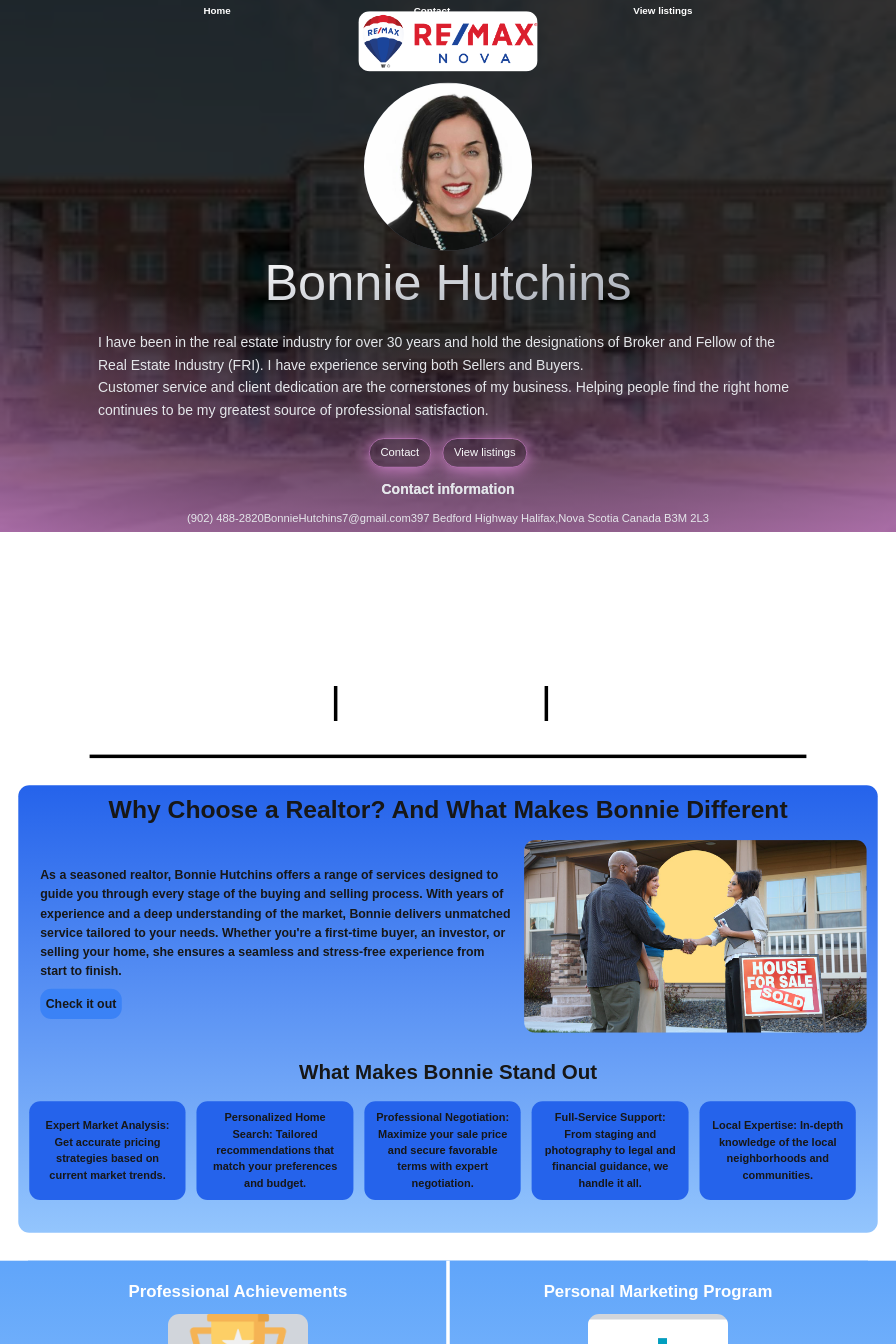
Repository: TMuse333/bonnie-website-
Page: / (app in frontend/)
These files come from the project's save history. The page is drawn as it stood at one moment and after the next save; the edit follows.
The browser window is 1280 px wide. The pictures show the part of the page from y = 0 to 1920 px (the page is 6831 px tall), at 70% of full size.
The project was rebuilt for these pictures with package versions that can differ from the ones it lists, and the page was loaded fresh each time. The framework's server and built-in components were replaced by stand-ins that run in the browser. Also part of the build but not shown: frontend/next.config.mjs.

Above is the page before, as saved 2024-11-30 15:16:02.

### frontend/src/app/layout.tsx
import { ContextProvider } from "@/context/context";
import type { Metadata } from "next";
import localFont from "next/font/local";
import "./globals.css";

const geistSans = localFont({
  src: "./fonts/GeistVF.woff",
  variable: "--font-geist-sans",
  weight: "100 900",
});
const geistMono = localFont({
  src: "./fonts/GeistMonoVF.woff",
  variable: "--font-geist-mono",
  weight: "100 900",
});

export const metadata: Metadata = {
  title: "Bonnie Hutchins",
  description: "A sample website for Bonnie Hutchins",
};

export default function RootLayout({
  children,
}: Readonly<{
  children: React.ReactNode;
}>) {
  return (
    <html lang="en">
      <ContextProvider>


      <body
        className={`${geistSans.variable} ${geistMono.variable} antialiased`}
      >
        {children}
      </body>
      </ContextProvider>
    </html>
  );
}

### frontend/src/app/page.tsx
"use client"


import AuroraHero from "./components/auroraHero/auroraHero";
import CountUpStats from "./components/countUpStats/countUpStats";
import ExperienceCard from "./components/experienceCard/experienceCard";
import { experienceCard1, experienceCard2 ,experienceCard3,
 displayBox1, displayBox2,blogData, closingStatement, contactCard} from "@/data/data";
// import ImageTextBox from "./components/imageTextBox/imageTextBox";
import DisplayBoxes from "./components/displayBox/displayBox";
import Testimonials from "./components/testimonials/testimonials";
import ScrollCarousel from "./components/scrollCarousel/scrollCarousel";
import Closer from "./components/closer/closer";
import BigNav from "./components/navbar/bigNav";
import Footer2 from "./components/footer/footer";
import ContactCard from "./components/contactCard/contactCard";
export default function Home() {
  return (
    <>

   <main className="relative w-screen overflow-x-hidden">
   <BigNav
    excludedLink=""
    />
    <AuroraHero/>
    <CountUpStats
    number1="45"
    number2="15.5"
    number3="20"/>

<ExperienceCard
    {...experienceCard2}
    />

    <DisplayBoxes
    data={displayBox1}
    />

    {/* <ImageTextBox
    {...imageTextBox1}
    />

    <ImageTextBox
    {...imageTextBox2}
    reverse
    /> */}

<ExperienceCard
    {...experienceCard3}
    />



    <DisplayBoxes
    data={displayBox2}
    />

  <ExperienceCard
    {...experienceCard1}
    />

    <Testimonials/>

    <ScrollCarousel
    images={blogData}
    bgImage
    />



    <Closer
    {...closingStatement}
    />

<ContactCard
    {...contactCard}
    />

    <Footer2
    excludedLink=""
    />


   </main>
   </>
  );
}

### frontend/src/context/context.tsx
"use client"

import React, { createContext, useState, useContext, ReactNode, useEffect } from 'react';

// Define the type for the context value
interface GeneralContextType {

  isMobile: boolean;
  setIsMobile: React.Dispatch<React.SetStateAction<boolean>>;
  heroInView: boolean;
  setHeroInView: React.Dispatch<React.SetStateAction<boolean>>;


}

// Create the context
export const GeneralContext = createContext<GeneralContextType | undefined>(undefined);

// Create a provider component
export const ContextProvider: React.FC<{ children: ReactNode }> = ({ children }) => {
  // Initialize the value state


  // Detect mobile devices
  const [isMobile, setIsMobile] = useState<boolean>(true);

const [heroInView, setHeroInView] = useState(true)





  useEffect(() => {
    const handleScroll = () => {
      if (typeof window !== 'undefined') {
        setIsMobile(window.innerWidth <= 865);
      }
    };

    if (typeof window !== 'undefined') {
      window.addEventListener('scroll', handleScroll);
      handleScroll(); // Initial check
    }

    return () => {
      if (typeof window !== 'undefined') {
        window.removeEventListener('scroll', handleScroll);
      }
    };
  }, []);


  useEffect(() => {
    console.log('is mobile', isMobile);
  }, [isMobile]);

  const contextValue = {

    isMobile,
    setIsMobile,
    heroInView, setHeroInView

  };

  return <GeneralContext.Provider value={contextValue}>{children}</GeneralContext.Provider>;
};

export const useGeneralContext = (): GeneralContextType => {
  const context = useContext(GeneralContext);
  if (!context) {
    throw new Error('useGeneralContext must be used within a ContextProvider');
  }
  return context;
};

### frontend/src/app/components/auroraHero/auroraHero.tsx
"use client"

import { useEffect, useRef } from "react";

import {
  useMotionTemplate,
  useMotionValue,
  motion,
  animate,
  useInView,
} from "framer-motion";

import side from '../../../../public/bonnie.jpg'
import building from '../../../../public/hero-building.jpeg'
import Image from "next/image";
import remax from '../../../../public/remax-balloon.png'
import { useGeneralContext } from "@/context/context";
import Link from "next/link";


const COLORS_TOP = ["#13FFAA", "#1E67C6", "#CE84CF", "#DD335C"];
 const AuroraHero = () => {
  const color = useMotionValue(COLORS_TOP[0]);

  useEffect(() => {
    animate(color, COLORS_TOP, {
      ease: "easeInOut",
      duration: 10,
      repeat: Infinity,
      repeatType: "mirror",
    });
  }, []);

  function scrollToElementById(id:string) {
    const element = document.getElementById(id);
    if (element) {
        element.scrollIntoView({
            behavior: 'smooth',
            block: 'start'
        });
    } else {
        console.warn(`Element with id "${id}" not found.`);
    }
}

  const backgroundImage = useMotionTemplate`radial-gradient(125% 125% at 50% 0%, transparent 50%, ${color})`;
  const border = useMotionTemplate`1px solid ${color}`;
  const boxShadow = useMotionTemplate`0px 4px 24px ${color}`;

  const {setHeroInView} = useGeneralContext()

  const ref = useRef(null)

  const inView = useInView(ref,{
    once:false,
    amount:0.1
  })

  useEffect(()=>{
    if(!inView){
        setHeroInView(false)
    }
    else{
        setHeroInView(true)
    }
  },[inView])

  return (
    <>

    <motion.section
     ref={ref}
      className="relative  grid min-h-screen place-content-center overflow-hidden px-4  text-gray-200 z-[3]
    "
    >

<motion.div
    style={{
      backgroundImage,
    }}
    className="absolute inset-0 z-[2]"
  />

  {/* Building Image Layer */}
  <Image
    src={building}
    alt=""
    width={600}
    height={1300}
    className="absolute w-full h-full object-cover z-[1]"
    style={{
      filter: 'brightness(0.2)',
    }}
  />




      <div className="relative z-10 flex flex-col items-center">
        {/* <span className="mb-1.5 inline-block rounded-full bg-gray-600/50 px-3 py-1.5 text-sm">
         Realtor
        </span> */}
        <Image
        src={remax}
        alt=''
        width={600}
        height={1300}
        className=' w-[20vw] bg-white rounded-2xl my-4 object-contain object-cover
         mx-auto'

        />

        <Image
            src={side}
            priority

            height={600}
            width={1300}
            alt='A full body image of Thomas Musial'
            className="w-[40vw] md:w-[25vw] object-contain mx-auto
           rounded-full bg-gray-600 max-w-[240px] max-h-[360px]

            "
            />
               <h1 className="max-w-3xl bg-gradient-to-br from-white to-gray-400 bg-clip-text text-center text-3xl font-medium leading-tight text-transparent sm:text-5xl sm:leading-tight md:text-7xl md:leading-tight">
         Bonnie Hutchins
        </h1>

<p className="my-6 w-[80vw] max-w-[1000px] text-left text-base leading-relaxed md:text-lg md:leading-relaxed sm:text-lg md:text-xl font-medium">
I have been in the real estate industry for over 30 years and hold the designations of Broker and Fellow of the Real Estate Industry (FRI).  I have experience serving both Sellers and Buyers.

  <br/>Customer service and client dedication are the cornerstones of my business. Helping people find the right home continues to be my greatest source of professional satisfaction.

</p>



<section className="flex">


        <motion.button
        onClick={()=>scrollToElementById('closer')}
          style={{
            border,
            boxShadow,
          }}
          whileHover={{
            scale: 1.015,
          }}
          whileTap={{
            scale: 0.985,
          }}
          className="group bg-black relative mr-4 flex w-fit items-center  gap-1.5 rounded-full bg-gray-950/10 px-4 py-2 text-gray-50 transition-colors hover:bg-gray-950/50"
        >
         Contact
          {/* <FiArrowRight className="transition-transform group-hover:-rotate-45 group-active:-rotate-12" /> */}
        </motion.button>

        <Link
        href='https://www.remaxnova.com/team/realtors/bonnie-hutchins-7616'>
        <motion.button
        onClick={()=>scrollToElementById('closer')}
          style={{
            border,
            boxShadow,
          }}
          whileHover={{
            scale: 1.015,
          }}
          whileTap={{
            scale: 0.985,
          }}
          className="group bg-black relative flex w-fit items-center  gap-1.5 rounded-full bg-gray-950/10 px-4 py-2 text-gray-50 transition-colors hover:bg-gray-950/50"
        >
         View listings
          {/* <FiArrowRight className="transition-transform group-hover:-rotate-45 group-active:-rotate-12" /> */}
        </motion.button>
        </Link>




        </section>
        <p className="mb-2 bg-gradient-to-br from-white to-gray-400 bg-clip-text
        mt-4 font-bold
        text-xl">Contact information</p>
        <section className="flex flex-col mt-2
        w-screen justify-center items-center
        mx-auto md:flex-row md:justofy-around">


<p className="mb-2"> (902) 488-2820</p>

<p className="mb-2">BonnieHutchins7@gmail.com </p>
<p className="mb-2">397 Bedford Highway Halifax,</p>
<p className="mb-2"> Nova Scotia Canada B3M 2L3</p>
</section>

      </div>


    </motion.section>
    </>
  );
};

export default AuroraHero

### frontend/src/app/components/countUpStats/countUpStats.tsx
"use client"
import React, {useRef} from "react";
import CountUp from "react-countup";
import { useInView} from 'framer-motion'

interface Props {
  number1: string;
  number2: string;
  number3: string;
}

const CountUpStats: React.FC<Props> = ({ number1, number2, number3 }) => {

    const ref = useRef(null)
    const inView = useInView(ref,{
        once:true
    })
  return (
    <>
    <section   ref={ref}
    className="mx-auto w-screen max-w-[1200px]
    text-white">
         <h2 className="text-center px-4 font-bold text-2xl sm:text-3xl
         my-12">Lorem ipsum dolor sit amet consectetur adipisicing elit. Possimus, iusto?</h2>
         <p className="font-semibold px-4">
            Lorem ipsum dolor sit amet, consectetur adipisicing elit. Maxime enim dolore autem vitae, neque deserunt itaque minus officia modi repudiandae culpa hic explicabo mollitia rerum dolorem impedit, delectus, voluptatem facilis deleniti perferendis consectetur. Distinctio possimus, asperiores eius quos natus blanditiis. Dolore officiis voluptates architecto at temporibus. Omnis eaque rerum praesentium!
         </p>

    <section

      className="flex mx-auto flex-col justify-center items-center mt-4
      md:flex-row font-semibold"
    >

      {/* Number 1 */}
      <div className="text-2xl mb-6 flex flex-col
      justify-center md:flex-row items-start ">
        <CountUp start={0}
          end={inView ? parseInt(number1) : 0}
         duration={2} />
         &nbsp; millions sold
         <div className="w-[50vw] h-[5px] bg-black mb-6
      md:h-[50px] md:w-[5px] mx-4 " />
      </div>

      {/* Divider */}


      {/* Number 2 */}
      <div className="text-2xl mb-6 flex flex-col
      justify-center md:flex-row items-start ">
        <CountUp start={0}
          end={inView ? parseInt(number2) : 0}
         duration={2} />
         &nbsp; years of experience
         <div className="w-[50vw] h-[5px] bg-black mb-6
      md:h-[50px] md:w-[5px] mx-4 " />
      </div>

      {/* Number 3 */}
      <div className="text-2xl mb-6 flex flex-col
      justify-center md:flex-row items-start mb-auto">
        <CountUp start={0}
          end={inView ? parseInt(number3) : 0}
         duration={2} />
         +&nbsp; happy clients

      </div>
    </section>
    </section>

    <div className="w-[80vw] max-w-[1200px]
    mx-auto h-[5px] bg-black"
    />

    </>
  );
};

export default CountUpStats;

### frontend/src/app/components/displayBox/displayBox.tsx
import React from "react";
import Image from 'next/image'
import Link from "next/link";


interface ElementProps {
    title:string,
    src:string,
    alt:string,
    description:string,
    buttonText:string,
    destination:string
}

const Element:React.FC<ElementProps> = ({
    title,src,alt,description,buttonText,
    destination
}) => {

    return (
        <section className="w-[90vw] mx-auto flex
        mt-2
        flex-col justify-center items-center relative

        sm:w-[45vw] max-w-[500px] mb-8">
            <h2 className="text-white text-center
            text-2xl mb-4 font-semibold">{title}</h2>
            <Image
            src={src}
            alt={alt}
            width={600}
            height={1300}
            className='w-[40vw]  h-[20vw]
            max-h-[150px] mx-auto object-contain
            max-w-[200px] bg-gray-300 rounded-2xl'
            />
            <p className="text-white my-4 font-semibold">{description}</p>
            <button className="bg-[#00bfff]
            p-2 rounded-2xl text-white">
                <Link href={destination}>
                    {buttonText}
                </Link>
            </button>


        </section>

    )
}

interface DisplayBoxProps {
    data:ElementProps[]
}

    const DisplayBoxes:React.FC<DisplayBoxProps> = ({
        data
    }) => {

        return (
            <section className="w-screen relative
            bg-gradient-to-b from-blue-400 to-blue-300 "
            >


            <section className="flex flex-col
            sm:grid grid-cols-2 justify-center
            items-center max-w-[1200px]
            mx-auto bg-gradient-to-b from-blue-400 to-blue-300
             pt-5">
                <div className="absolute
                top-1/2 w-full
                 sm:top-0
                left-1/2 -translate-x-1/2 h-[5px]
                 md:h-full
                sm:w-[5px] bg-white"/>
                {data.map((data, index) => (
                    <Element
                    {...data}
                    key={index}
                    />
                ))}
            </section>
            </section>

        )
    }


    export default DisplayBoxes

### frontend/src/app/components/closer/closer.tsx
"use client"

import React, { useRef} from "react";
import Link from "next/link";
import {motion, useInView} from 'framer-motion'
import Image from "next/image";


interface Props {
    image:string,
    title:string,
    description:string,
    buttonText:string,
    destination:string

}

const Closer: React.FC<Props> = ({image,title,description,
destination,buttonText}) => {

    const ref = useRef(null)

    const inView = useInView(ref,{
        once:true
    })

      const variants = {
        initial:{
            opacity:0,
            x:-100
        },
        animate:{
            x:0,
            opacity:1,
            transition:{
                opacity:{
                    duration:0.5
                }
            }
        }

      }

      const textVariants = {
        initial:{
            y:-20,
            opacity:0
        },
        animate:{
            opacity:1,
            y:0,
            transition:{
                delay:0.5
            }
        }
      }

    return (
        <motion.section ref={ref}

        className={`w-screen text-white h-[600px]
        relative flex flex-col items-center justify-center
        bg-center
        `}
        variants={variants}
        initial='initial'
        animate={inView ? 'animate' : 'initial'}
        >
            <Image src={image}
            alt="A background image of cash to signifies how you cash sell your houses fast for cash with ontario cash for houses"
            className='absolute w-full h-full
            object-cover'
                style={{
                    filter:'brightness(0.6)'
                }}
                width={600}
                height={1300}
            />

            <motion.div className="-mt-12 relative z-[4]"
              variants={textVariants}
              initial='initial'
              animate={inView ? 'animate' : 'initial'}>
            <motion.h4

            className="pl-4 text-3xl  ">{title}
            </motion.h4>

            <p className="mt-4 text-left pl-4 pr-4
            max-w-[800px] sm:text-xl ">{description}</p>

            <Link href={destination}
            passHref>
                <button className="mt-6 text-black
                bg-white ml-4 hover:bg-blue-500
                transition-all hover:text-white
                hover:scale-[1.05] p-3
                rounded-xl">
                {buttonText}
                </button>
            </Link>
            </motion.div>
        </motion.section>
    )
}

export default Closer

### frontend/src/app/components/contactCard/contactCard.tsx
import Image from "next/image";
import Link from "next/link";
import React from "react";



interface Props {
    src:string,
    alt:string,
    name:string,
    title:string
    description:string,
    quote:string
    phone:string,
    email:string,
    socials:{
        src:string,
        destination:string,
        alt:string
    }[]
}


const ContactCard:React.FC<Props> = ({
    src,alt,name,
    phone,email,socials,title,quote
}) => {


    return (
        <section className="mx-auto flex flex-col
        md:flex-row max-w-[1200px] my-12">
            <section className="text-center
            md:w-[33vw] max-w-[400px]">
                <h3 className="mb-2 font-bold
                text-3xl">{name}</h3>
                <h4 className="mb-2 font-semibold
                whitespace-pre-line">{title}</h4>
                <p className="mb-2 px-4">{quote}</p>
            </section>
            <section className="md:w-[33vw] max-w-[400px]">
                <Image
                src={src}
                alt={alt}
                className='w-[70vw]
                object-contain mx-auto
                max-w-[200px] hax-h-[250px]'
                width={600}
                height={1300}
                />
            </section>
            <section className="text-center  md:w-[33vw] max-w-[400px]">
                <h3 className="mb-2 text-2xl font-semibold">Contact Information</h3>
                <p className="mb-2 font-semibold">{phone}</p>
                <p className="mb-2 font-semibold whitespace-pre-line

                leading-6">{email}</p>
                {/* <ul className="flex items-center w-full
                ">
                    {socials.map((social,index)=>(
                        <li className="mx-auto"
                        key={index}
                        >
                            <Image
                            src={social.src}
                            alt={social.alt}
                            className='w-[100px]
                            object-contain'
                            width={600}
                            height={1300}
                            />
                            <Link
                            href={social.destination}
                            />
                        </li>
                    ))}
                </ul> */}
            </section>

        </section>
    )
}

export default ContactCard

Loaded but not shown: frontend/src/app/globals.css (common file); frontend/tailwind.config.ts (common file); frontend/src/app/components/navbar/bigNav.tsx (517 lines, source omitted); frontend/src/data/data.ts (208 lines, source omitted); frontend/src/app/components/experienceCard/experienceCard.tsx (191 lines, source omitted); frontend/src/app/components/testimonials/testimonials.tsx (127 lines, source omitted); frontend/src/app/components/scrollCarousel/scrollCarousel.tsx (161 lines, source omitted); frontend/src/app/components/footer/footer.tsx (178 lines, source omitted); frontend/src/app/components/slidingText/slidingText.tsx (85 lines, source omitted)

After the next save:
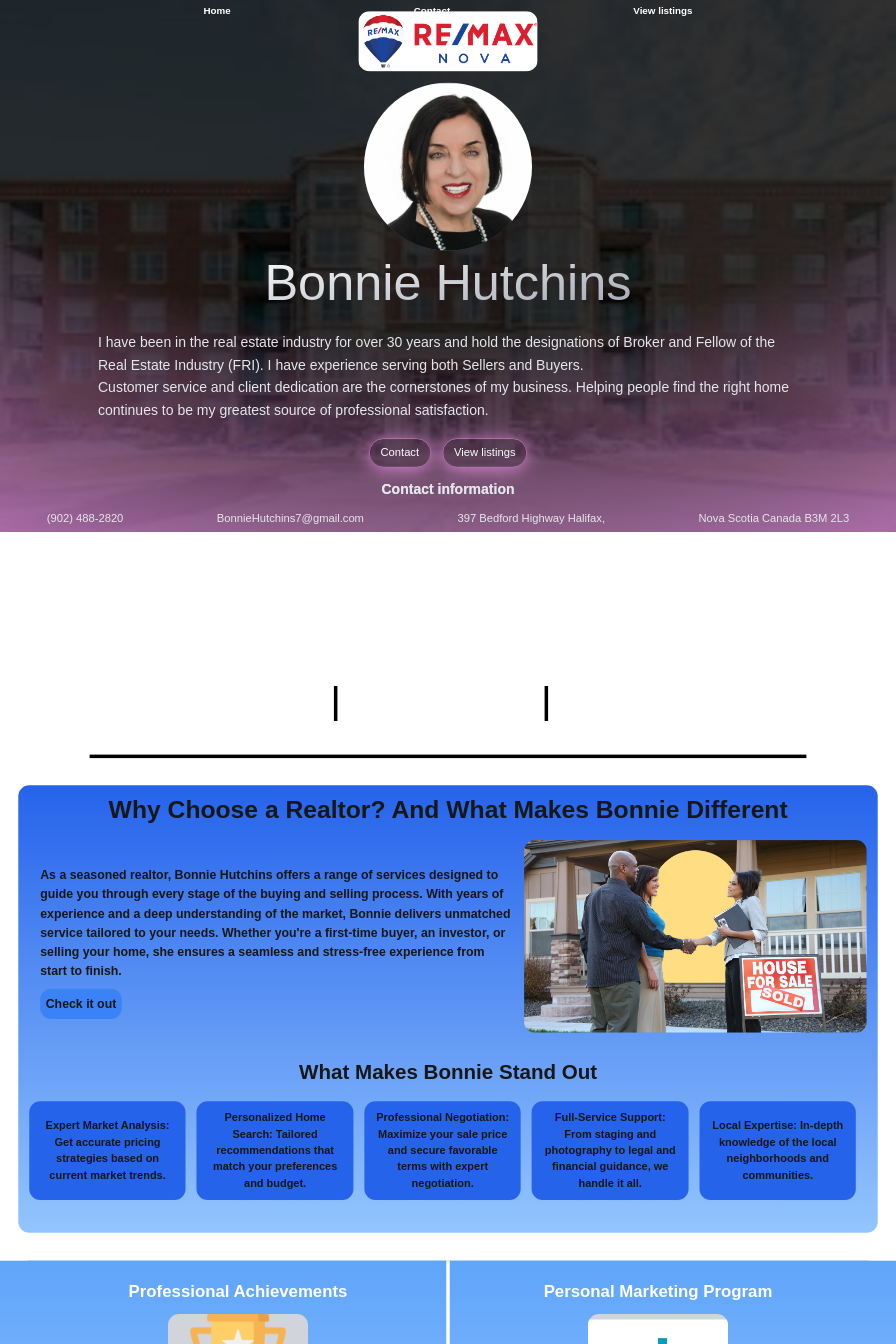
Saved 4 s later.
--- a/frontend/src/app/components/auroraHero/auroraHero.tsx
+++ b/frontend/src/app/components/auroraHero/auroraHero.tsx
@@ -186,7 +186,7 @@
         text-xl">Contact information</p>
         <section className="flex flex-col mt-2
         w-screen justify-center items-center
-        mx-auto md:flex-row md:justofy-around">
+        mx-auto md:flex-row md:justify-around">
 
 
 <p className="mb-2"> (902) 488-2820</p>
